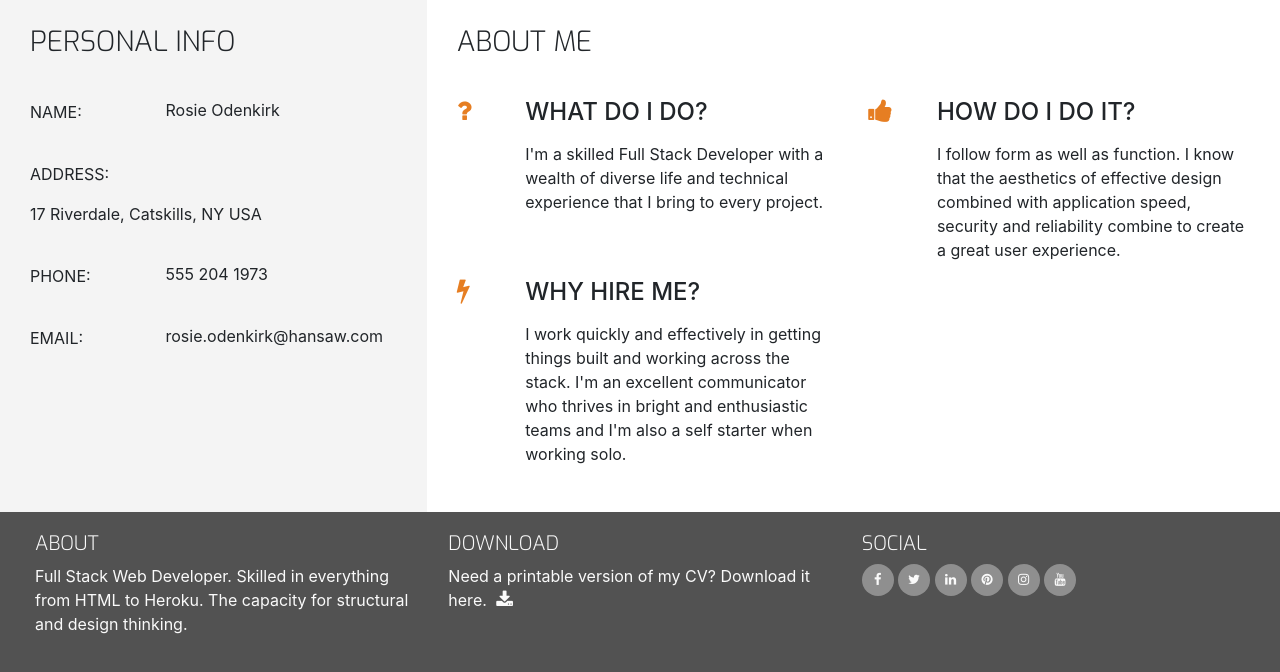
Repository: Davewalsh3/UCD-Resume
Page: index.html
The author's editor kept a record of every edit. The page is drawn from the files as they stood at one moment, then again after the next edit.
The browser window is 1280 px wide. The pictures show the part of the page from y = 369 to 1041 px (the page is 1041 px tall).
Some web libraries are served in a nearby version.

Above is the page before.

After the next edit:
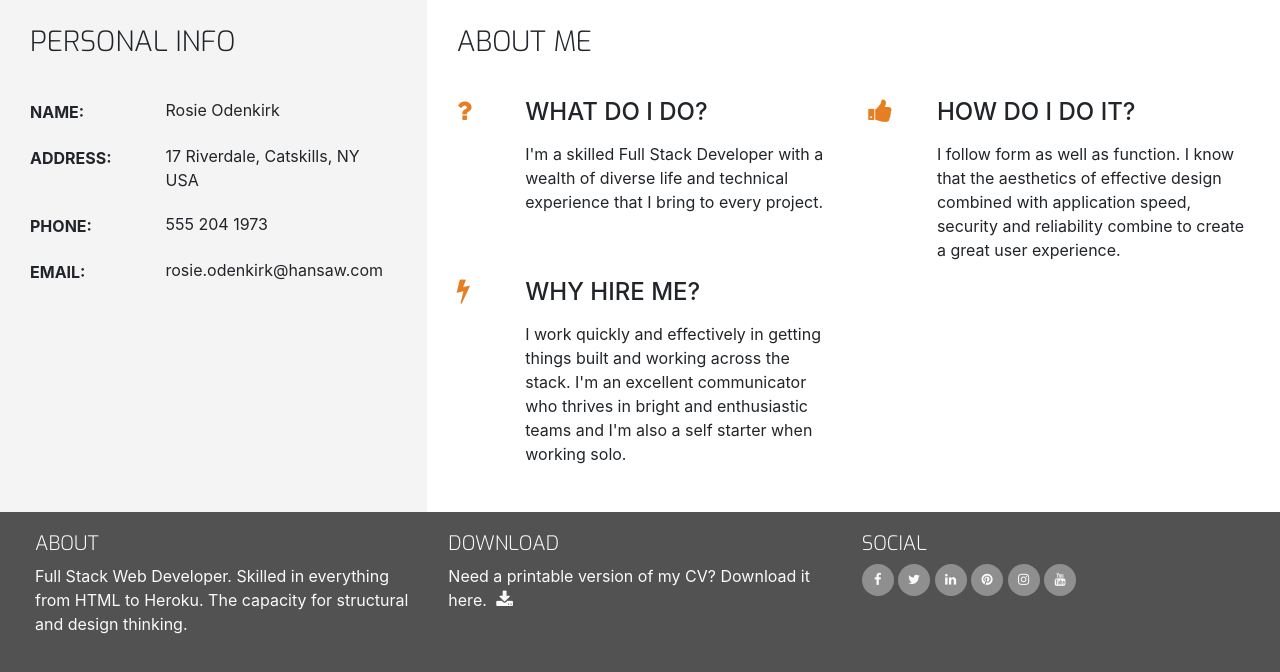
The edit:
--- a/assets/css/style.css
+++ b/assets/css/style.css
@@ -68,6 +68,23 @@
 
 .inline-block {
     display: inline-block;
+}
+
+.row-table {
+    display: table;
+}
+
+.section-column {
+    display: table-cell;
+    padding: 0 30px 30px;
+    float: none;
+}
+
+.section-heading {
+    font-family: "Exo", sans-serif;
+    font-weight: 300;
+    margin-top: 25px;
+    margin-bottom: 40px;
 }
 
 /*--------------------------------------------Heading*/
@@ -225,27 +242,38 @@
 .three-reasons-heading {
     margin-bottom: 15px;
 }
+
 /* ----------------------------------------Personal Info */
 
 .personal-info-item {
-    margin-bottom:20px;
-    display:block;
-    clear:both;
+    margin-bottom: 20px;
+    display: block;
+    clear: both;
 }
 
 .personal-info-item .key,
 .personal-info-item .value {
-    padding-right:8px;
-    display:inline-block;
-}
-.personal-info-item .key, p
-.personal-info-item .value p{
-    margin:0;
-}
-.personal-info-item .key{
-    width:30%;
-    margin-right:21px;
-    padding-top:2px;
+    padding-right: 8px;
+    display: inline-block;
+}
+
+.personal-info-item .key p,
+.personal-info-item .value p {
+    margin: 0;
+}
+
+.personal-info-item .key {
+    width: 30%;
+    margin-right: 21px;
+    padding-top: 2px;
     vertical-align: top;
 }
-.personal-info-item
+
+.personal-info-item .key p {
+    font-weight: 700;
+}
+
+.personal-info-item .value {
+    position: relative;
+    width: 60%;
+}
